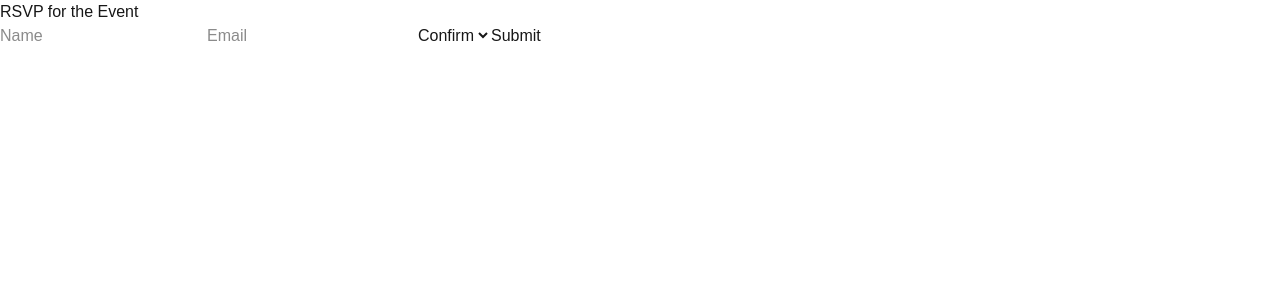
Repository: Jennica1/FULLSTACK-FINAL-PROJ
Page: / (app in rsvp-app/frontend/)
The author's editor kept a copy of each file at every save. The page is drawn from the files as they stood at one save, then again after a run of saves.
The browser window is 1280 px wide. The pictures show the whole page.
The project was rebuilt for these pictures with package versions that can differ from the ones it lists, and the page was loaded fresh each time. The framework's server and built-in components were replaced by stand-ins that run in the browser. Also part of the build but not shown: rsvp-app/frontend/next.config.mjs.

Above is the page before, as saved 2025-03-18 12:08:03.

### rsvp-app/frontend/app/page.js
'use client';

import { useState } from 'react';

export default function Home() {
  const [name, setName] = useState('');
  const [email, setEmail] = useState('');
  const [status, setStatus] = useState('confirmed');
  const [message, setMessage] = useState('');

  const handleSubmit = async (e) => {
    e.preventDefault();

    const response = await fetch('http://localhost:3001/rsvp', {
      method: 'POST',
      headers: {
        'Content-Type': 'application/json',
      },
      body: JSON.stringify({ name, email, status }),
    });



    const data = await response.json();
    setMessage(data.message);
  };

  return (
    <div>
      <h1>RSVP for the Event</h1>
      <form onSubmit={handleSubmit}>
        <input
          type="text"
          placeholder="Name"
          value={name}
          onChange={(e) => setName(e.target.value)}
        />
        <input
          type="email"
          placeholder="Email"
          value={email}
          onChange={(e) => setEmail(e.target.value)}
        />
        <select
          value={status}
          onChange={(e) => setStatus(e.target.value)}
        >
          <option value="confirmed">Confirm</option>
          <option value="declined">Decline</option>
        </select>
        <button type="submit">Submit</button>
      </form>

      {message && <p>{message}</p>}
    </div>
  );
}

Loaded but not shown: rsvp-app/frontend/app/layout.js (common file); rsvp-app/frontend/app/globals.css (common file)

After the next 3 saves:
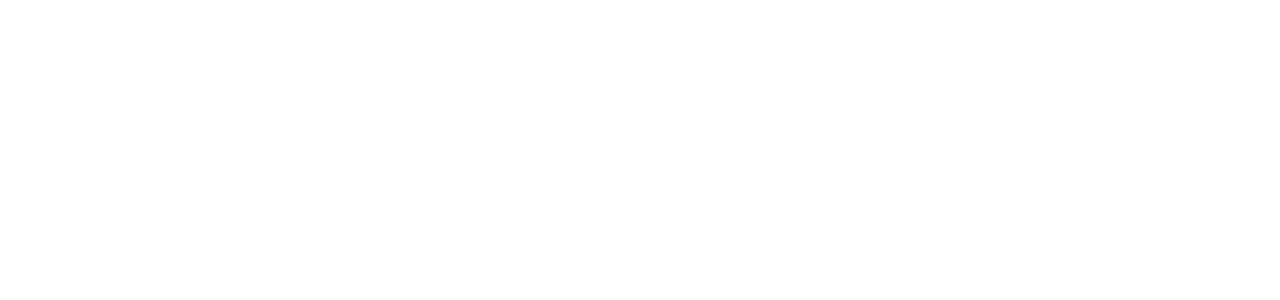
The 3 saves are shown as one change because 2 did not build or start.
The last was saved 2 min 18 s later.
--- a/rsvp-app/frontend/app/page.js
+++ b/rsvp-app/frontend/app/page.js
@@ -1,57 +1,60 @@
-'use client';
+"use client";
 
-import { useState } from 'react';
+import { useState } from "react";
 
 export default function Home() {
-  const [name, setName] = useState('');
-  const [email, setEmail] = useState('');
-  const [status, setStatus] = useState('confirmed');
-  const [message, setMessage] = useState('');
+  const [name, setName] = useState("");
+  const [email, setEmail] = useState("");
+  const [status, setStatus] = useState("confirmed");
+  const [message, setMessage] = useState("");
 
   const handleSubmit = async (e) => {
     e.preventDefault();
 
-    const response = await fetch('http://localhost:3001/rsvp', {
-      method: 'POST',
+    const response = await fetch("http://localhost:3001/rsvp", {
+      method: "POST",
       headers: {
-        'Content-Type': 'application/json',
+        "Content-Type": "application/json",
       },
-      body: JSON.stringify({ name, email, status }),
+      body: JSON.stringify({
+        name: formData.name,
+        email: formData.email,
+        status: formData.status,
+      }),
     });
 
+    const data = await response.json();
+    if (response.ok) {
+      console.log("RSVP submitted:", data.message);
+    } else {
+      console.error("Error submitting RSVP:", data.message);
+    }
 
+    return (
+      <div>
+        <h1>RSVP for the Event</h1>
+        <form onSubmit={handleSubmit}>
+          <input
+            type="text"
+            placeholder="Name"
+            value={name}
+            onChange={(e) => setName(e.target.value)}
+          />
+          <input
+            type="email"
+            placeholder="Email"
+            value={email}
+            onChange={(e) => setEmail(e.target.value)}
+          />
+          <select value={status} onChange={(e) => setStatus(e.target.value)}>
+            <option value="confirmed">Confirm</option>
+            <option value="declined">Decline</option>
+          </select>
+          <button type="submit">Submit</button>
+        </form>
 
-    const data = await response.json();
-    setMessage(data.message);
+        {message && <p>{message}</p>}
+      </div>
+    );
   };
-
-  return (
-    <div>
-      <h1>RSVP for the Event</h1>
-      <form onSubmit={handleSubmit}>
-        <input
-          type="text"
-          placeholder="Name"
-          value={name}
-          onChange={(e) => setName(e.target.value)}
-        />
-        <input
-          type="email"
-          placeholder="Email"
-          value={email}
-          onChange={(e) => setEmail(e.target.value)}
-        />
-        <select
-          value={status}
-          onChange={(e) => setStatus(e.target.value)}
-        >
-          <option value="confirmed">Confirm</option>
-          <option value="declined">Decline</option>
-        </select>
-        <button type="submit">Submit</button>
-      </form>
-
-      {message && <p>{message}</p>}
-    </div>
-  );
 }

After the save that followed:
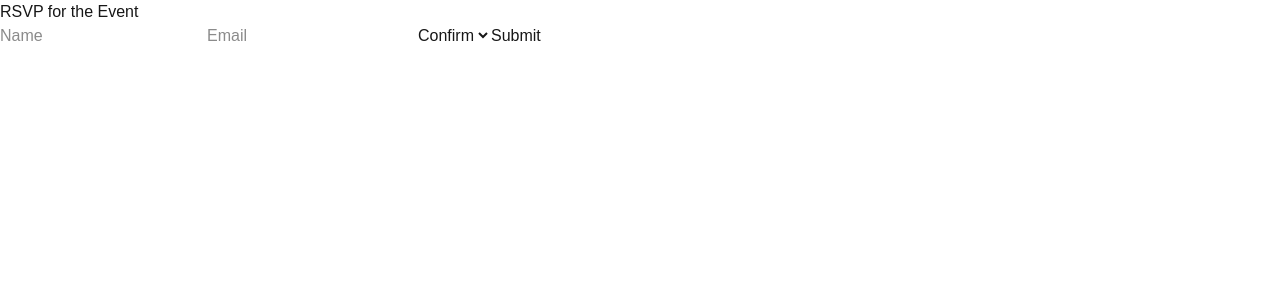
Saved 5 min 56 s later.
--- a/rsvp-app/frontend/app/page.js
+++ b/rsvp-app/frontend/app/page.js
@@ -1,60 +1,55 @@
-"use client";
+'use client';
 
-import { useState } from "react";
+import { useState } from 'react';
 
 export default function Home() {
-  const [name, setName] = useState("");
-  const [email, setEmail] = useState("");
-  const [status, setStatus] = useState("confirmed");
-  const [message, setMessage] = useState("");
+  const [name, setName] = useState('');
+  const [email, setEmail] = useState('');
+  const [status, setStatus] = useState('confirmed');
+  const [message, setMessage] = useState('');
 
   const handleSubmit = async (e) => {
     e.preventDefault();
 
-    const response = await fetch("http://localhost:3001/rsvp", {
-      method: "POST",
+    const response = await fetch('http://localhost:3001/rsvp', {
+      method: 'POST',
       headers: {
-        "Content-Type": "application/json",
+        'Content-Type': 'application/json',
       },
-      body: JSON.stringify({
-        name: formData.name,
-        email: formData.email,
-        status: formData.status,
-      }),
+      body: JSON.stringify({ name, email, status }),
     });
 
     const data = await response.json();
-    if (response.ok) {
-      console.log("RSVP submitted:", data.message);
-    } else {
-      console.error("Error submitting RSVP:", data.message);
-    }
+    setMessage(data.message);
+  };
 
-    return (
-      <div>
-        <h1>RSVP for the Event</h1>
-        <form onSubmit={handleSubmit}>
-          <input
-            type="text"
-            placeholder="Name"
-            value={name}
-            onChange={(e) => setName(e.target.value)}
-          />
-          <input
-            type="email"
-            placeholder="Email"
-            value={email}
-            onChange={(e) => setEmail(e.target.value)}
-          />
-          <select value={status} onChange={(e) => setStatus(e.target.value)}>
-            <option value="confirmed">Confirm</option>
-            <option value="declined">Decline</option>
-          </select>
-          <button type="submit">Submit</button>
-        </form>
+  return (
+    <div>
+      <h1>RSVP for the Event</h1>
+      <form onSubmit={handleSubmit}>
+        <input
+          type="text"
+          placeholder="Name"
+          value={name}
+          onChange={(e) => setName(e.target.value)}
+        />
+        <input
+          type="email"
+          placeholder="Email"
+          value={email}
+          onChange={(e) => setEmail(e.target.value)}
+        />
+        <select
+          value={status}
+          onChange={(e) => setStatus(e.target.value)}
+        >
+          <option value="confirmed">Confirm</option>
+          <option value="declined">Decline</option>
+        </select>
+        <button type="submit">Submit</button>
+      </form>
 
-        {message && <p>{message}</p>}
-      </div>
-    );
-  };
+      {message && <p>{message}</p>}
+    </div>
+  );
 }
